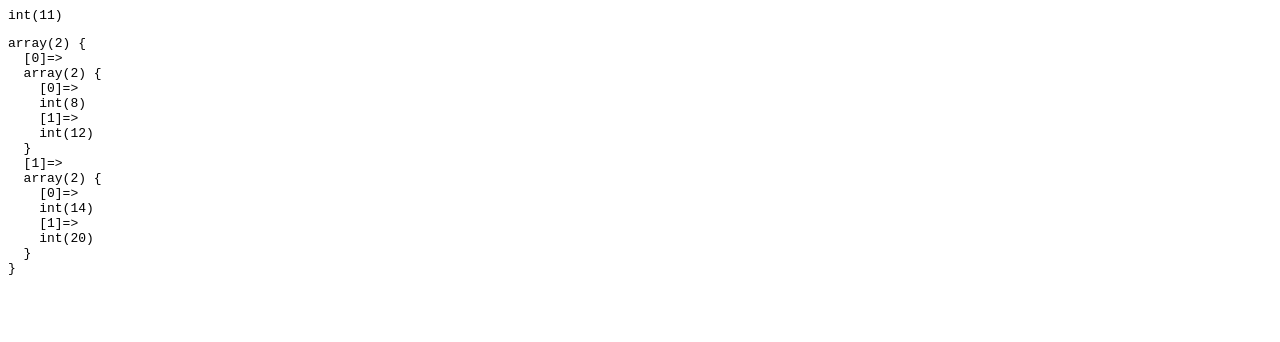
Repository: Alex-Serky/Backend_PHP
Page: http://localhost/contact.php
An editor plug-in stored every save of this project. The page is shown before and after the next save, followed by the edit.
The browser window is 1280 px wide. The pictures show the whole page.
The page is run by PHP 8.4 with error messages shown; the project is at /var/www/html/.

Above is the page before, as saved 2020-07-20 22:04:19.

After the next save:
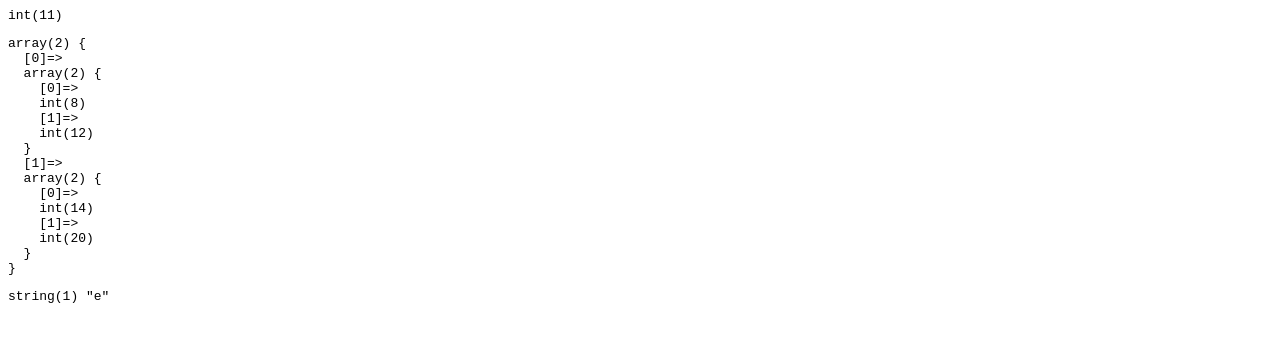
Saved 82 s later.
--- a/contact.php
+++ b/contact.php
@@ -7,6 +7,7 @@ $heure = (int)date('G'); // Récupérer l'heure d'aujourd'hui
 $creneaux = CRENEAUX[date('N') - 1]; // Récupérer les créneaux d'aujourd'hui $creneaux
 dump($heure);
 dump($creneaux);
+dump('e');
 exit();
 $ouvert = in_creneaux($heure, $creneaux); // Récupérer l'état d'ouverture du magasin
 require 'header.php';
